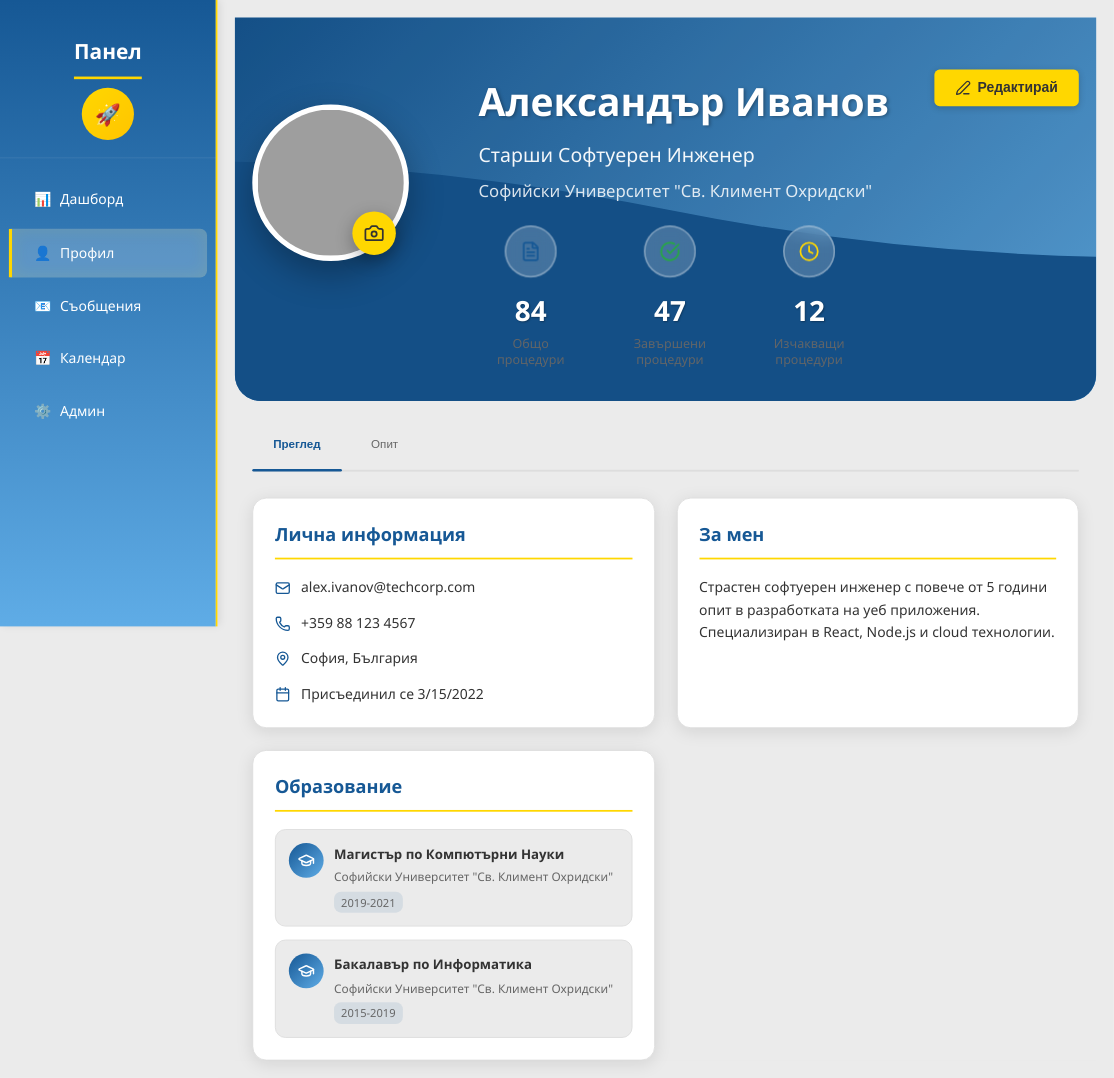
Repository: BorisSavianov/doxa-frontend
Page: /profile
The author's editor kept a copy of each file at every save. The page is drawn from the files as they stood at one save, then again after the next save.
The browser window is 1280 px wide. The pictures show the whole page, at 87% of full size.
Pictures or frames that could not be fetched are drawn as grey boxes. The project was rebuilt for these pictures with package versions that can differ from the ones it lists, and the page was loaded fresh each time. Also part of the build but not shown: vite.config.js, src/components/Layout/Header.jsx, src/components/Charts/SimpleChart.jsx, src/pages/Dashboard.jsx, src/pages/Inbox.css, src/pages/Inbox.jsx, src/pages/Calendar.css, src/pages/Calendar.jsx and 1 more.

Above is the page before, as saved 2025-10-24 14:05:27.

After the next save:
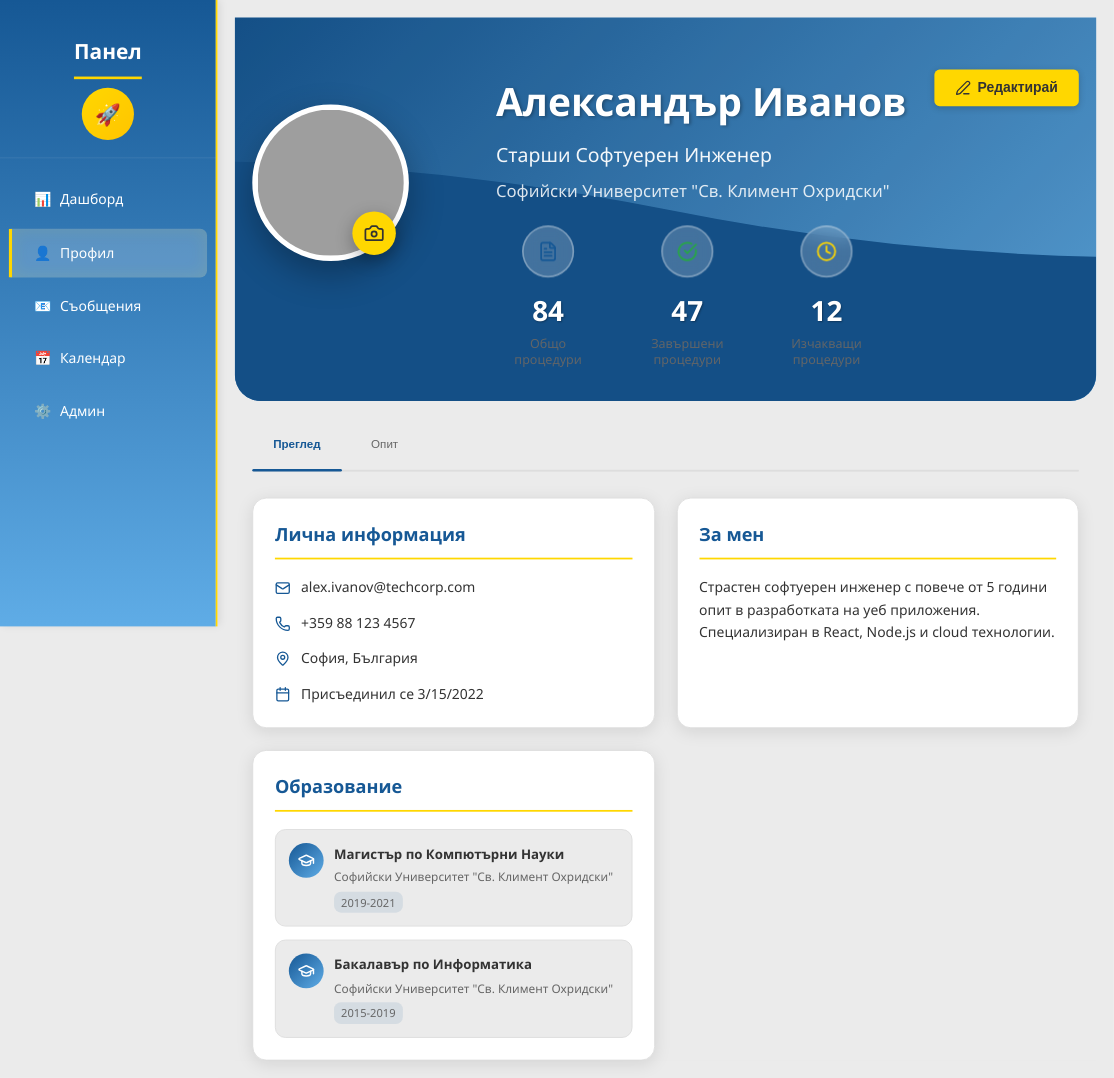
Saved 6 s later.
--- a/src/pages/Profile.css
+++ b/src/pages/Profile.css
@@ -54,7 +54,7 @@
 .large-avatar-container {
   position: relative;
   margin-top: 60px;
-  margin-right: 50px;
+  margin-right: 70px;
 }
 
 .large-profile-avatar {
